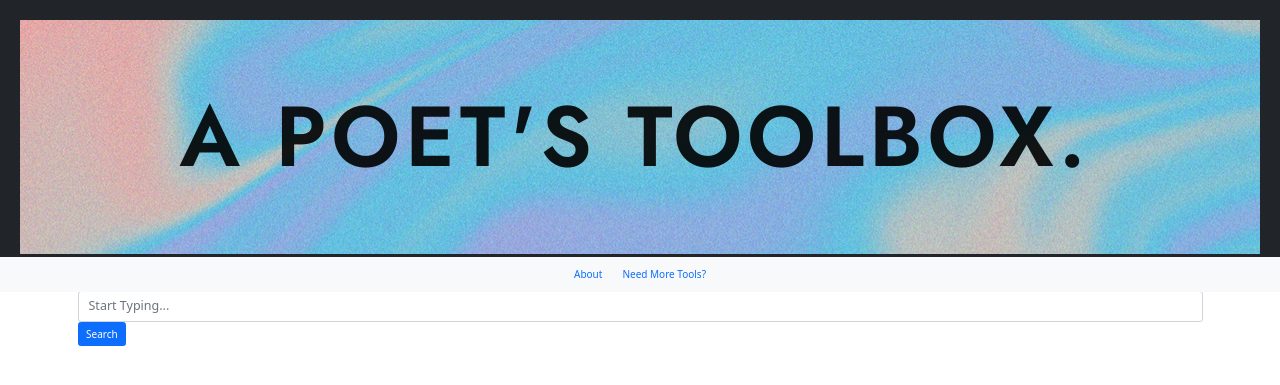
Repository: eezife-wustl/10-final-project-individual-eezife-wustl
Page: index.html
The author's editor kept a copy of each file at every save. The page is drawn from the files as they stood at one save, then again after the next save.
The browser window is 1280 px wide. The pictures show the whole page.

Above is the page before, as saved 2021-12-03 20:16:18.

### index.html
<!DOCTYPE HTML>
<HTML lang="en">
    <head>
        <meta charset="utf-8">
        <meta name="viewport" content="width=device-width, initial-scale=1">
        <title> A Poet's Toolbox </title>
        <link href="https://cdn.jsdelivr.net/npm/bootstrap@5.1.3/dist/css/bootstrap.min.css" rel="stylesheet" integrity="sha384-1BmE4kWBq78iYhFldvKuhfTAU6auU8tT94WrHftjDbrCEXSU1oBoqyl2QvZ6jIW3" crossorigin="anonymous">
        <link href='style.css' rel='stylesheet'>
    </head>
    <body>
        <header>
                <nav class="navbar navbar-expand-md navbar-light fixed-top fixed-top-1 bg-light" id="poetsToolBox">
                    <div class="container justify-content-center">
                        <a class="navbar-brand" href="index.html">A POET'S TOOLBOX.</a>
                    </div>
                </nav>
                <nav class="navbar navbar-expand-md fixed-top fixed-top-2 bg-light">
                    <div class="container justify-content-center">
                        <a class="nav-link" href="#">About</a>
                        <a class="nav-link" href="#">Need More Tools?</a>
                    </div>
                </nav>
        </header>
        <div class="container">
            <div class="row">
                <div class="form-group col-md" id="myWordForm">
                    <label for="exampleInputEmail1">Enter a word and discover more: </label>
                    <input type="text" class="form-control form-control-lg" id="myWord" placeholder="Start Typing...">
                    <button type="submit" class="btn btn-primary">Search</button>
                  </div>
            </div>
        </div>
        <script>

        </script>
    </body>
</HTML>

### style.css
/* * {
    border: 1px solid red;
  } */

/* @font-face {
    font-family: 'Jost';
    src: url('Jost-600-Semi.ttf') format('truetype');
  } */
  html {
    font-size: 62.5%;
    /*10px*/
  }

@font-face {
    font-family: 'Jost Semi';
    src: url('./Jost/TrueType/Jost-600-Semi.ttf') format('truetype');
}


.fixed-top-2 {
    margin-top: 25.7rem;
    /* padding: 50px; */
    /* padding: 50px;  */
}

.fixed-top-1 {
    padding: 5rem;
    border: 2rem solid;
}

body { padding-top: 10rem; }

#myWordForm { padding-top: 17.6rem;

}

#poetsToolBox {
    background-image: url(for_the_header_i_think_smaller.png);
    /* padding: 50px; */
}

.navbar-brand {
    font-family: 'Jost Semi';
    letter-spacing: .5rem;
    font-size: 8.5em;
}

#poetsLink {
    /* padding: 50px; */
}

After the next save:
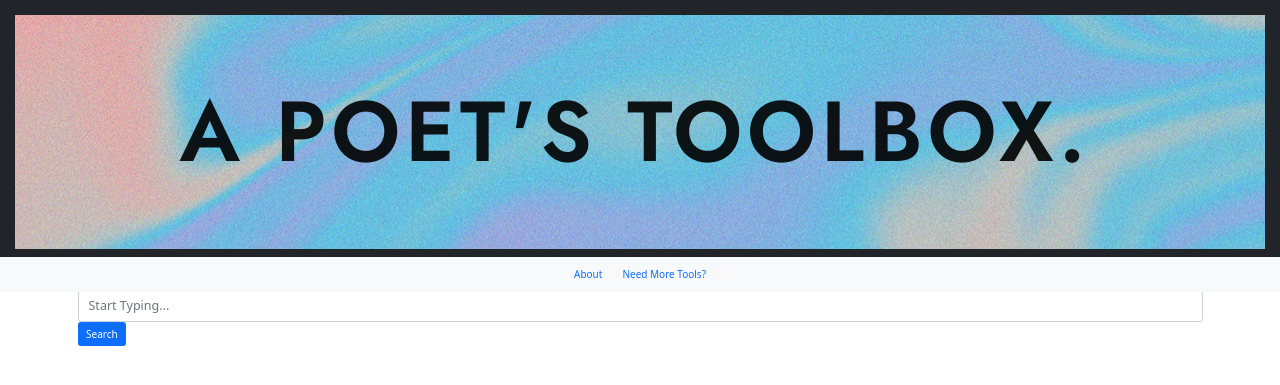
Saved 5 s later.
--- a/style.css
+++ b/style.css
@@ -25,7 +25,7 @@
 
 .fixed-top-1 {
     padding: 5rem;
-    border: 2rem solid;
+    border: 1.5rem solid;
 }
 
 body { padding-top: 10rem; }
